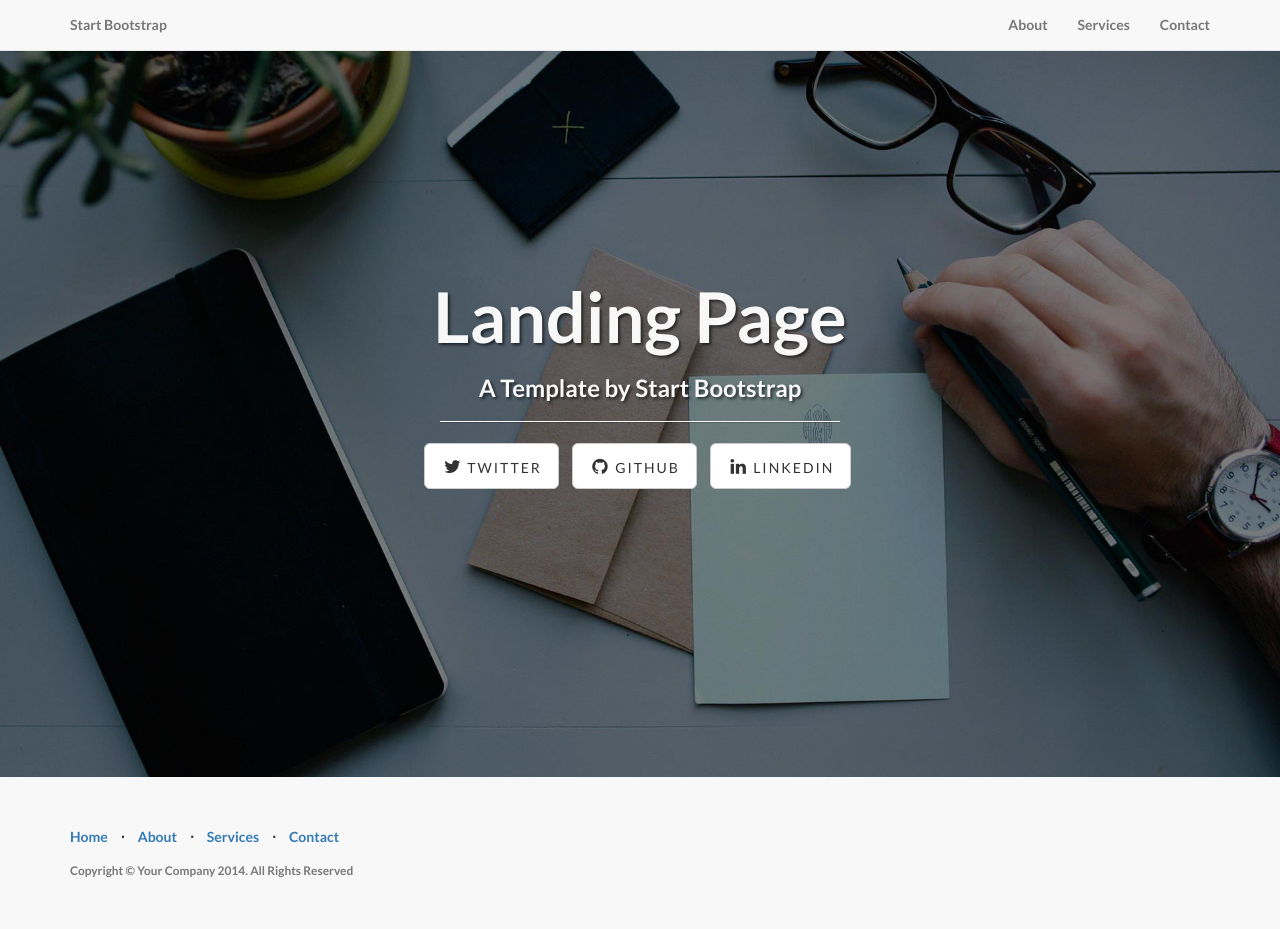
Repository: moshe31sh/Java_ee_final_project_todo_list
Page: Toto_list_final_project/WebContent/welcome.html
The author's editor kept a copy of each file at every save. The page is drawn from the files as they stood at one save, then again after the next save.
The browser window is 1280 px wide. The pictures show the whole page.

Above is the page before, as saved 2016-01-24 16:27:31.

After the next save:
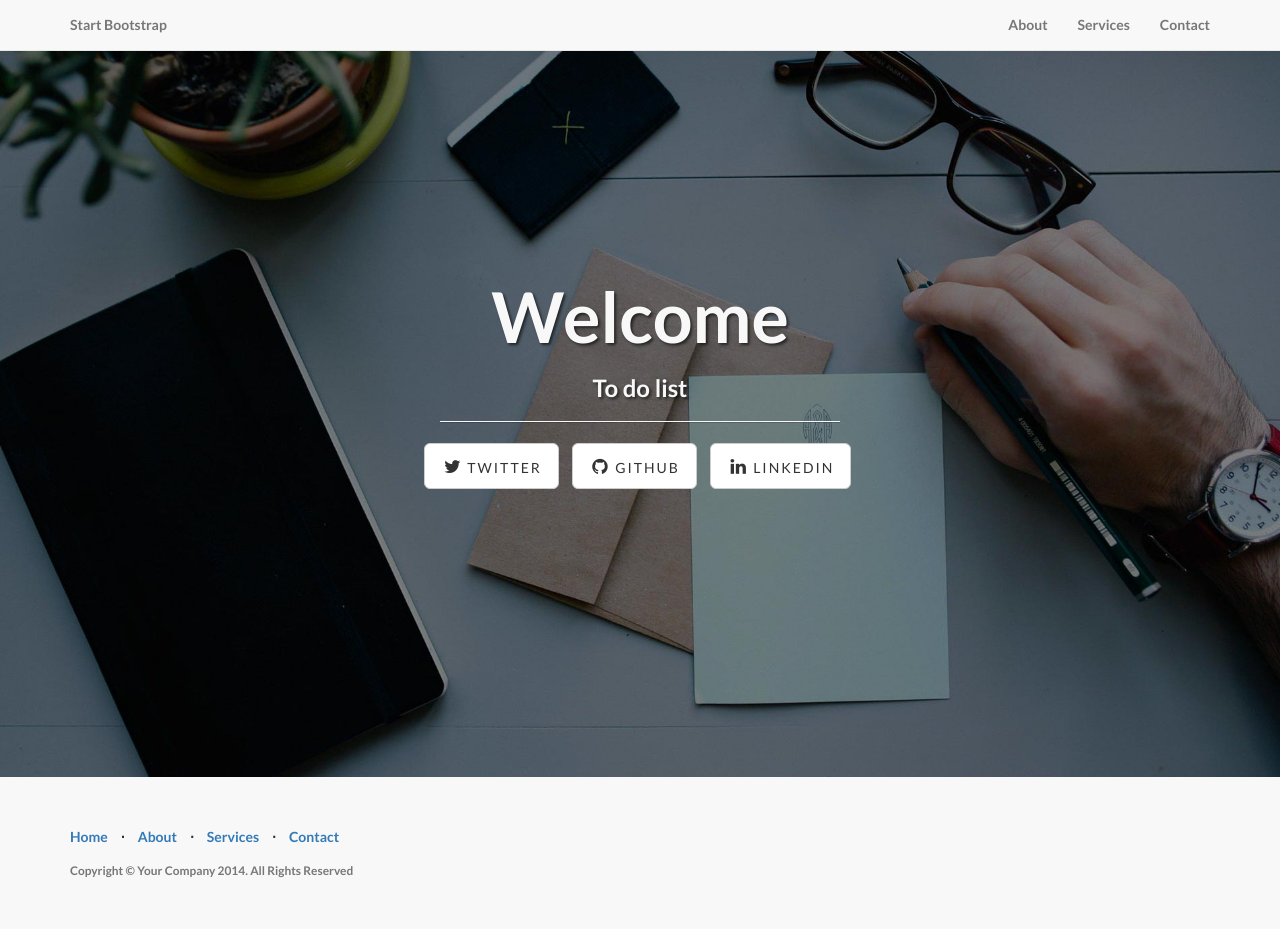
Saved 81 s later.
--- a/Toto_list_final_project/WebContent/welcome.html
+++ b/Toto_list_final_project/WebContent/welcome.html
@@ -73,8 +73,8 @@
             <div class="row">
                 <div class="col-lg-12">
                     <div class="intro-message">
-                        <h1>Landing Page</h1>
-                        <h3>A Template by Start Bootstrap</h3>
+                        <h1>Welcome</h1>
+                        <h3>To do list</h3>
                         <hr class="intro-divider">
                         <ul class="list-inline intro-social-buttons">
                             <li>
